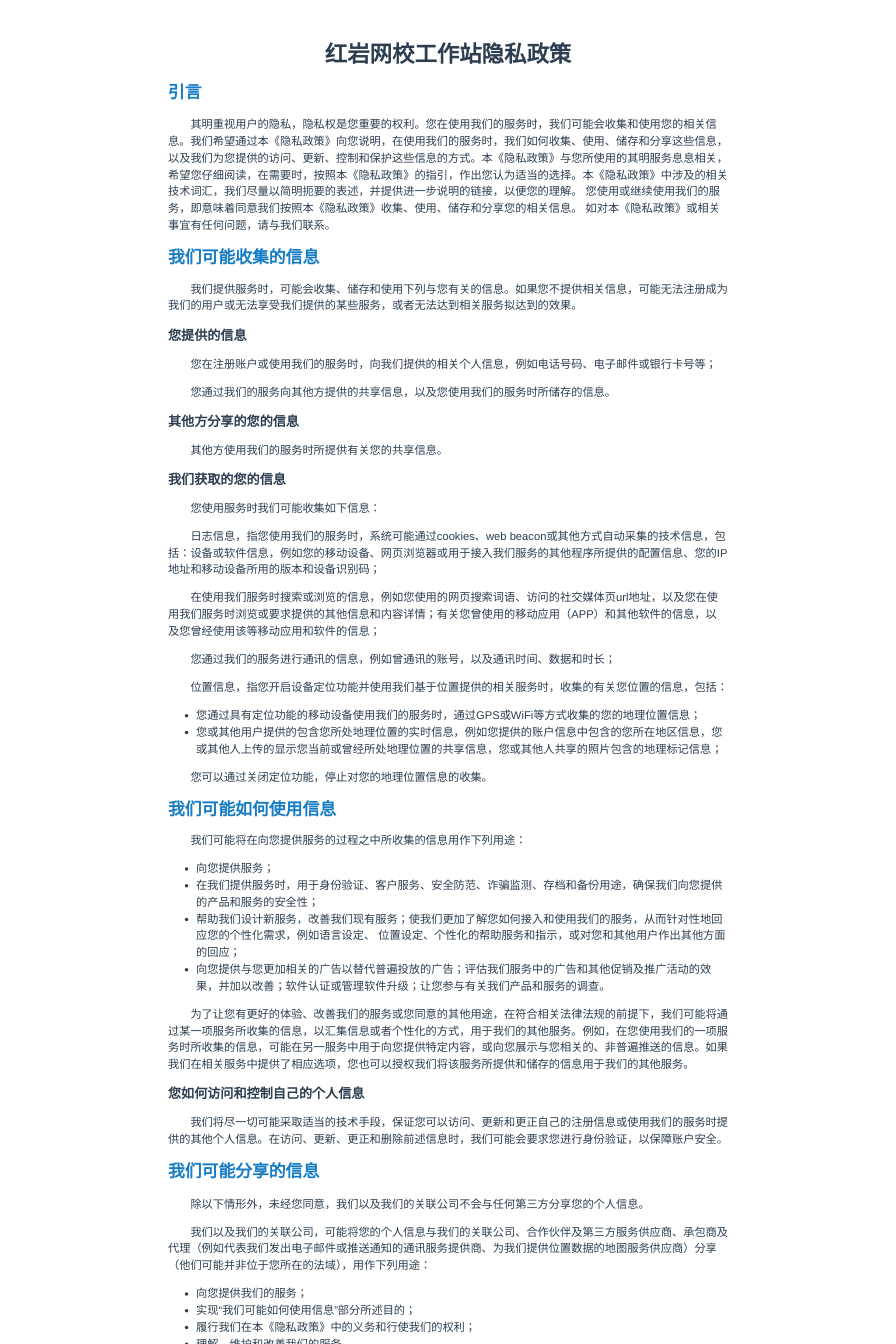
Repository: zl-mdc/privacy-policy
Page: /
These files come from the project's save history. The page is drawn as it stood at one moment and after the next save; the edit follows.
The browser window is 1280 px wide. The pictures show the part of the page from y = 0 to 1920 px (the page is 4327 px tall), at 70% of full size.
The project was rebuilt for these pictures with package versions that can differ from the ones it lists, and the page was loaded fresh each time.

Above is the page before, as saved 2020-09-17 16:20:51.

### src/main.js
import Vue from 'vue'
import App from './App.vue'
import 'normalize.css'

Vue.config.productionTip = false

new Vue({
  render: h => h(App),
}).$mount('#app')

### src/App.vue
<template>
  <div id="app">
    <Info />
  </div>
</template>

<script>
import Info from './components/Info';

export default {
  name: 'App',
  components: {
    Info
  }
}
</script>

<style>
#app {
  font-family: Avenir, Helvetica, Arial, sans-serif;
  -webkit-font-smoothing: antialiased;
  -moz-osx-font-smoothing: grayscale;
  text-align: center;
  color: #2c3e50;
  margin-top: 60px;
}
</style>

### src/components/Info.vue
<!--
 * @Author: Code_Master
 * @Date: 2020-09-17 15:00:51
 * @LastEditTime: 2020-09-17 16:20:51
 * @LastEditors: Code_Master
 * @FilePath: /privacy-policy/src/components/Info.vue
 * @Description: The first 90% of the code accounts for the first 90% of the development time. The remaining 10% of the code accounts for the other 90% of the development time.
-->
<template>
    <div id="info">
          <h1>红岩网校工作站隐私政策</h1>

          <h2>引言</h2>
          <p><span></span>其明重视用户的隐私，隐私权是您重要的权利。您在使用我们的服务时，我们可能会收集和使用您的相关信息。我们希望通过本《隐私政策》向您说明，在使用我们的服务时，我们如何收集、使用、储存和分享这些信息，以及我们为您提供的访问、更新、控制和保护这些信息的方式。本《隐私政策》与您所使用的其明服务息息相关，希望您仔细阅读，在需要时，按照本《隐私政策》的指引，作出您认为适当的选择。本《隐私政策》中涉及的相关技术词汇，我们尽量以简明扼要的表述，并提供进一步说明的链接，以便您的理解。 您使用或继续使用我们的服务，即意味着同意我们按照本《隐私政策》收集、使用、储存和分享您的相关信息。 如对本《隐私政策》或相关事宜有任何问题，请与我们联系。 </p>

          <h2>我们可能收集的信息</h2>
          <p>我们提供服务时，可能会收集、储存和使用下列与您有关的信息。如果您不提供相关信息，可能无法注册成为我们的用户或无法享受我们提供的某些服务，或者无法达到相关服务拟达到的效果。</p>
          <h3>您提供的信息</h3>
          <p>您在注册账户或使用我们的服务时，向我们提供的相关个人信息，例如电话号码、电子邮件或银行卡号等；</p>
          <p>您通过我们的服务向其他方提供的共享信息，以及您使用我们的服务时所储存的信息。</p>
          <h3>其他方分享的您的信息</h3>
          <p>其他方使用我们的服务时所提供有关您的共享信息。</p>
          <h3>我们获取的您的信息</h3>
          <p>您使用服务时我们可能收集如下信息：</p>
          <p>日志信息，指您使用我们的服务时，系统可能通过cookies、web beacon或其他方式自动采集的技术信息，包括：设备或软件信息，例如您的移动设备、网页浏览器或用于接入我们服务的其他程序所提供的配置信息、您的IP地址和移动设备所用的版本和设备识别码；</p>
          <p>在使用我们服务时搜索或浏览的信息，例如您使用的网页搜索词语、访问的社交媒体页url地址，以及您在使用我们服务时浏览或要求提供的其他信息和内容详情；有关您曾使用的移动应用（APP）和其他软件的信息，以及您曾经使用该等移动应用和软件的信息；</p>
          <p>您通过我们的服务进行通讯的信息，例如曾通讯的账号，以及通讯时间、数据和时长；</p>
          <p>位置信息，指您开启设备定位功能并使用我们基于位置提供的相关服务时，收集的有关您位置的信息，包括：</p>
          <ul>
              <li>您通过具有定位功能的移动设备使用我们的服务时，通过GPS或WiFi等方式收集的您的地理位置信息；</li>
              <li>您或其他用户提供的包含您所处地理位置的实时信息，例如您提供的账户信息中包含的您所在地区信息，您或其他人上传的显示您当前或曾经所处地理位置的共享信息，您或其他人共享的照片包含的地理标记信息；</li>
          </ul>
          <p>您可以通过关闭定位功能，停止对您的地理位置信息的收集。</p>

          <h2>我们可能如何使用信息</h2>
          <p>我们可能将在向您提供服务的过程之中所收集的信息用作下列用途：</p>
          <ul>
              <li>向您提供服务； </li>
              <li>在我们提供服务时，用于身份验证、客户服务、安全防范、诈骗监测、存档和备份用途，确保我们向您提供的产品和服务的安全性； </li>
              <li>帮助我们设计新服务，改善我们现有服务；使我们更加了解您如何接入和使用我们的服务，从而针对性地回应您的个性化需求，例如语言设定、 位置设定、个性化的帮助服务和指示，或对您和其他用户作出其他方面的回应；</li>
              <li>向您提供与您更加相关的广告以替代普遍投放的广告；评估我们服务中的广告和其他促销及推广活动的效果，并加以改善；软件认证或管理软件升级；让您参与有关我们产品和服务的调查。</li>
          </ul>
          <p>为了让您有更好的体验、改善我们的服务或您同意的其他用途，在符合相关法律法规的前提下，我们可能将通过某一项服务所收集的信息，以汇集信息或者个性化的方式，用于我们的其他服务。例如，在您使用我们的一项服务时所收集的信息，可能在另一服务中用于向您提供特定内容，或向您展示与您相关的、非普遍推送的信息。如果我们在相关服务中提供了相应选项，您也可以授权我们将该服务所提供和储存的信息用于我们的其他服务。</p>
          <h3>您如何访问和控制自己的个人信息</h3>
          <p>我们将尽一切可能采取适当的技术手段，保证您可以访问、更新和更正自己的注册信息或使用我们的服务时提供的其他个人信息。在访问、更新、更正和删除前述信息时，我们可能会要求您进行身份验证，以保障账户安全。</p>

          <h2>我们可能分享的信息</h2>
          <p>除以下情形外，未经您同意，我们以及我们的关联公司不会与任何第三方分享您的个人信息。</p>
          <p>我们以及我们的关联公司，可能将您的个人信息与我们的关联公司、合作伙伴及第三方服务供应商、承包商及代理（例如代表我们发出电子邮件或推送通知的通讯服务提供商、为我们提供位置数据的地图服务供应商）分享（他们可能并非位于您所在的法域），用作下列用途：</p>
          <ul>
              <li>向您提供我们的服务；</li>
              <li>实现“我们可能如何使用信息”部分所述目的；</li>
              <li>履行我们在本《隐私政策》中的义务和行使我们的权利； </li>
              <li>理解、维护和改善我们的服务</li>
          </ul>
          <p>如我们或我们的关联公司与任何上述第三方分享您的个人信息，我们将努力确保该等第三方在使用您的个人信息时遵守本《隐私政策》及我们要求其遵守的其他适当的保密和安全措施。</p>
          <p>随着我们业务的持续发展，我们以及我们的关联公司有可能进行合并、收购、资产转让或类似的交易，您的个人信息有可能作为此类交易的一部分而被转移。我们将在转移前通知您。</p>
          <p>我们或我们的关联公司还可能为以下需要而保留、保存或披露您的个人信息：</p>
          <ul>
              <li>遵守适用的法律法规；</li>
              <li>遵守法院命令或其他法律程序的规定； </li>
              <li>遵守相关政府机关的要求。 </li>
          </ul>
          <p>为遵守适用的法律法规、维护社会公共利益，或保护我们的客户、我们或我们的集团公司、其他用户或雇员的人身和财产安全或合法权益所合理必需的用途。</p>

          <h2>信息安全</h2>
          <p>我们仅在本《隐私政策》所述目的所必需的期间和法律法规要求的时限内保留您的个人信息。</p>
          <p>我们使用各种安全技术和程序，以防信息的丢失、不当使用、未经授权阅览或披露。例如，在某些服务中，我们将利用加密技术（例如SSL）来保护您提供的个人信息。但请您理解，由于技术的限制以及可能存在的各种恶意手段，在互联网行业，即便竭尽所能加强安全措施，也不可能始终保证信息百分之百的安全。您需要了解，您接入我们的服务所用的系统和通讯网络，有可能因我们可控范围外的因素而出现问题。</p>

          <h2>您分享的信息</h2>
          <p>我们的多项服务，可让您不仅与自己的社交网络，也与使用该服务的所有用户公开分享您的相关信息，例如，您在我们的服务中所上传或发布的信息（包括您公开的个人信息、您建立的名单）、您对其他人上传或发布的信息作出的回应，以及包括与这些信息有关的位置数据和日志信息。使用我们服务的其他用户也有可能分享与您有关的信息（包括位置数据和日志信息）。特别是，我们的社交媒体服务，是专为使您与世界各地的用户共享信息而设计，您可以使共享信息实时、广泛地传递。只要您不删除共享信息，有关信息会一直留存在公共领域；即使您删除共享信息，有关信息仍可能由其他用户或不受我们控制的非关联第三方独立地缓存、复制或储存，或由其他用户或该等第三方在公共领域保存。</p>
          <p>因此，请您谨慎考虑通过我们的服务上传、发布和交流的信息内容。在一些情况下，您可通过我们某些服务的隐私设定来控制有权浏览您共享信息的用户范围。如要求从我们的服务中删除您的相关信息，请通过该等特别服务条款提供的方式操作。</p>

          <h2>您分享的敏感个人信息  </h2>
          <p>某些个人信息因其特殊性可能被认为是敏感个人信息，例如您的种族、宗教、个人健康和医疗信息等。相比其他个人信息，敏感个人信息受到更加严格的保护。</p>
          <p>请注意，您在使用我们的服务时所提供、上传或发布的内容和信息（例如有关您社交活动的照片等信息），可能会泄露您的敏感个人信息。您需要谨慎地考虑，是否在使用我们的服务时披露相关敏感个人信息。</p>
          <p>您同意按本《隐私政策》所述的目的和方式来处理您的敏感个人信息。</p>

          <h2>我们可能如何收集信息</h2>
          <p>我们或我们的第三方合作伙伴，可能通过cookies和web beacon收集和使用您的信息，并将该等信息储存为日志信息。</p>
          <p>我们使用自己的cookies和web beacon，目的是为您提供更个性化的用户体验和服务，并用于以下用途：</p>
          <ul>
              <li>记住您的身份。例如：cookies和web beacon有助于我们辨认您作为我们的注册用户的身份，或保存您向我们提供的有关您的喜好或其他信息；</li>
              <li>分析您使用我们服务的情况。例如，我们可利用cookies和web beacon来了解您使用我们的服务进行什么活动，或哪些网页或服务最受您的欢迎;</li>
              <li>广告优化。Cookies和web beacon有助于我们根据您的信息，向您提供与您相关的广告而非进行普遍的广告投放。</li>
          </ul>
          <p>我们为上述目的使用cookies和web beacon的同时，可能将通过cookies和web beacon收集的非个人身份信息，经统计加工后提供给广告商或其他合作伙伴，用于分析用户如何使用我们的服务，并用于广告服务。</p>
          <p>我们的产品和服务上可能会有广告商或其他合作方放置的cookies和web beacon。这些cookies和web beacon可能会收集与您相关的非个人身份信息，以用于分析用户如何使用该等服务、向您发送您可能感兴趣的广告，或用于评估广告服务的效果。这些第三方cookies和web beacon收集和使用该等信息，不受本《隐私政策》约束，而是受相关使用者的隐私政策约束，我们不对第三方的cookies或web beacon承担责任。</p>
          <p>您可以通过浏览器设置拒绝或管理cookies或web beacon。但请注意，如果停用cookies或web beacon，您有可能无法享受最佳的服务体验，某些服务也可能无法正常使用。同时，您还会收到同样数量的广告，但这些广告与您的相关性会降低。</p>

          <h2>我们可能向您发送的邮件和信息 </h2>
          <h3>邮件和信息推送</h3>
          <p>您在使用我们的服务时，我们可能使用您的信息向您的设备发送电子邮件、新闻或推送通知。如您不希望收到这些信息，可以按照我们的相关提示，在设备上选择取消订阅。</p>
          <h3>与服务有关的公告</h3>
          <p>我们可能在必要时（例如因系统维护而暂停某一项服务时）向您发出与服务有关的公告。您可能无法取消这些与服务有关、性质不属于推广的公告。</p>

          <h2>隐私政策的适用范围</h2>
          <p>除某些特定服务外，我们所有的服务均适用本《隐私政策》。这些特定服务将适用特定的隐私政策。针对某些特定服务的特定隐私政策，将更具体地说明我们在该等服务中如何使用您的信息。该特定服务的隐私政策构成本《隐私政策》的一部分。如相关特定服务的隐私政策与本《隐私政策》有不一致之处，适用该特定服务的隐私政策。</p>
          <p>除本《隐私政策》另有规定外，本《隐私条款》所用词语将与《其明服务协议》所定义的词语具有相同的涵义。</p>
          <p>请您注意，本《隐私政策》不适用于以下情况：</p>
          <ul>
              <li>通过我们的服务而接入的第三方服务（包括任何第三方网站）收集的信息；</li>
              <li>通过在我们服务中进行广告服务的其他公司或机构所收集的信息。 </li>
          </ul>

          <h2>变更</h2>
          <p>我们可能适时修订本《隐私政策》的条款，该等修订构成本《隐私政策》的一部分。如该等修订造成您在本《隐私政策》下权利的实质减少，我们将在修订生效前通过在主页上显著位置提示或向您发送电子邮件或以其他方式通知您。在该种情况下，若您继续使用我们的服务，即表示同意受经修订的本《隐私政策》的约束。</p>
    </div>
</template>

<script>
export default {
    name: "Info",
}
</script>

<style>
    #info {
        width: 800px;
        margin: 0 auto;
        text-align: left;
    }
    h1 {
        text-align: center;
    }
    h2 {
        color: #157CC5;
    }
    h3 {
        color: ;
    }
    p {
        text-indent:2em;
        line-height: 1.5;
    }
    li {
        line-height: 1.5;
    }
</style>

Loaded but not shown: public/index.html (common file)

After the next save:
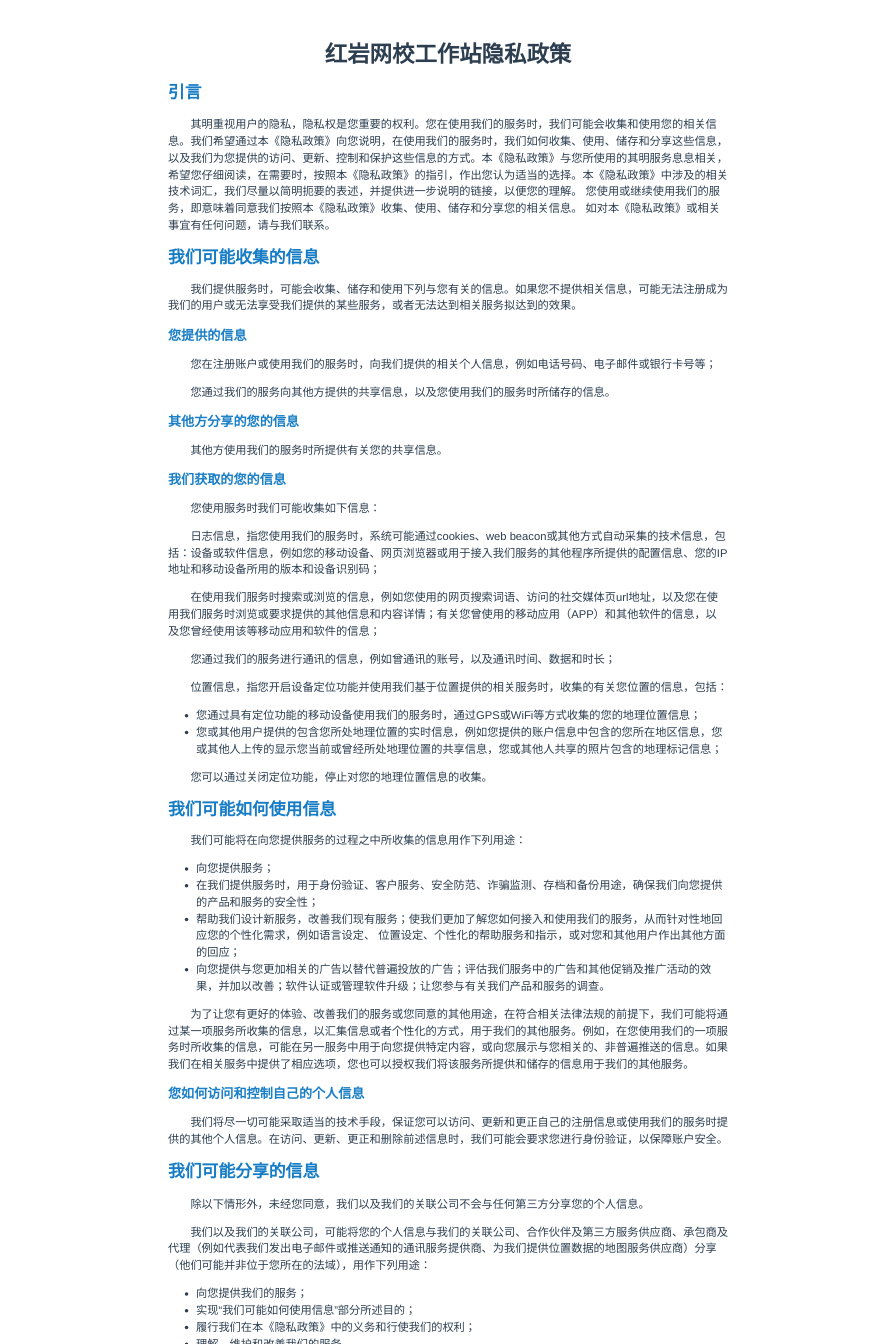
Saved 16 s later.
--- a/src/components/Info.vue
+++ b/src/components/Info.vue
@@ -1,7 +1,7 @@
 <!--
  * @Author: Code_Master
  * @Date: 2020-09-17 15:00:51
- * @LastEditTime: 2020-09-17 16:20:51
+ * @LastEditTime: 2020-09-17 16:21:07
  * @LastEditors: Code_Master
  * @FilePath: /privacy-policy/src/components/Info.vue
  * @Description: The first 90% of the code accounts for the first 90% of the development time. The remaining 10% of the code accounts for the other 90% of the development time.
@@ -127,7 +127,7 @@ export default {
         color: #157CC5;
     }
     h3 {
-        color: ;
+        color: #1A7FC6;
     }
     p {
         text-indent:2em;
